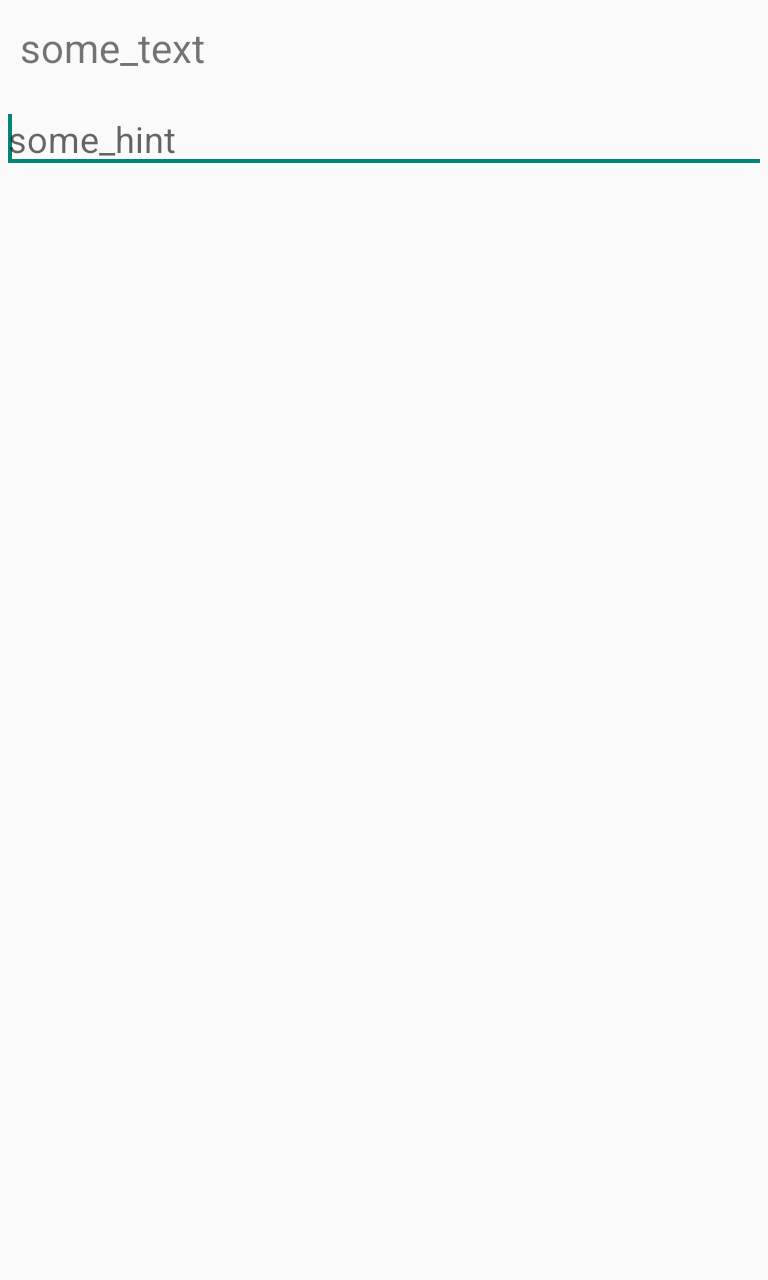
Repository: vipinvkamara/Database
Layout: CursorAdapter/res/layout/activity_main.xml
These files come from the project's save history. The layout is drawn as it stood at one moment and after the next save; the edit follows.
It is drawn on a 768 x 1280 px phone screen (xhdpi) without system bars, with theme AppTheme; the app's code is not run. Lists and similar views that code fills are empty.

Above is the layout before, as saved 2015-02-12 05:44:01.

After the next save:
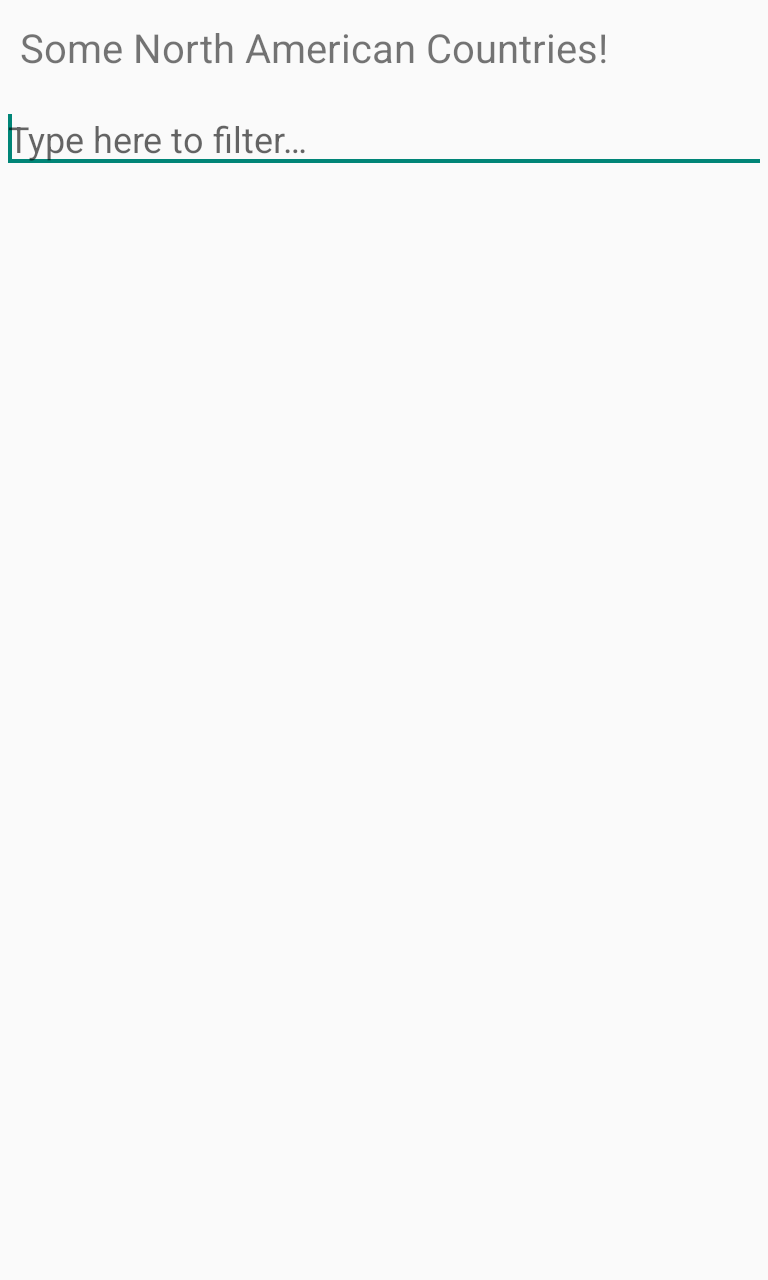
Saved 3 min 3 s later.
--- a/CursorAdapter/res/layout/activity_main.xml
+++ b/CursorAdapter/res/layout/activity_main.xml
@@ -9,7 +9,7 @@
         android:layout_width="fill_parent"
         android:layout_height="wrap_content"
         android:padding="10dp"
-        android:text="some_text"
+        android:text="Some North American Countries!"
         android:textSize="20sp" />
 
     <EditText
@@ -17,7 +17,7 @@
         android:layout_width="match_parent"
         android:layout_height="wrap_content"
         android:ems="10"
-        android:hint="some_hint" >
+        android:hint="Type here to filter&#8230;" >
 
         <requestFocus />
     </EditText>
